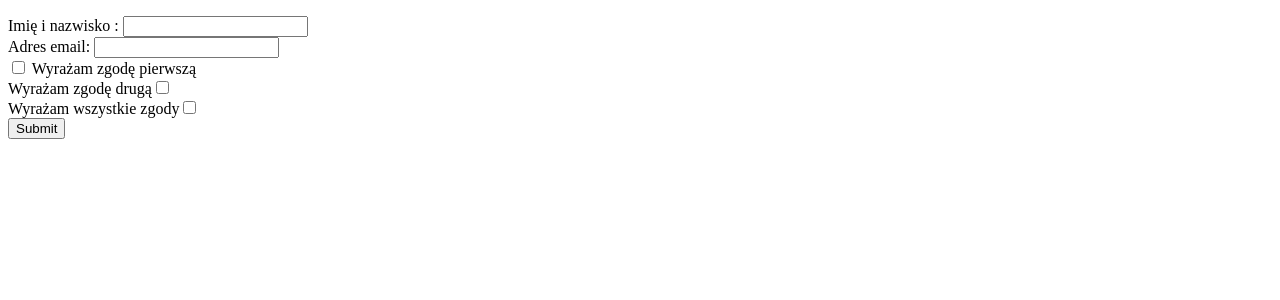
Repository: magdaf41/JavaScript
Page: JS DOM zadanie_5/index.html
These files come from the project's save history. The page is drawn as it stood at one moment and after the next save; the edit follows.
The browser window is 1280 px wide. The pictures show the whole page.

Above is the page before, as saved 2020-09-06 15:58:52.
Console error: TypeError: Cannot read properties of null (reading 'addEventListener')

After the next save:
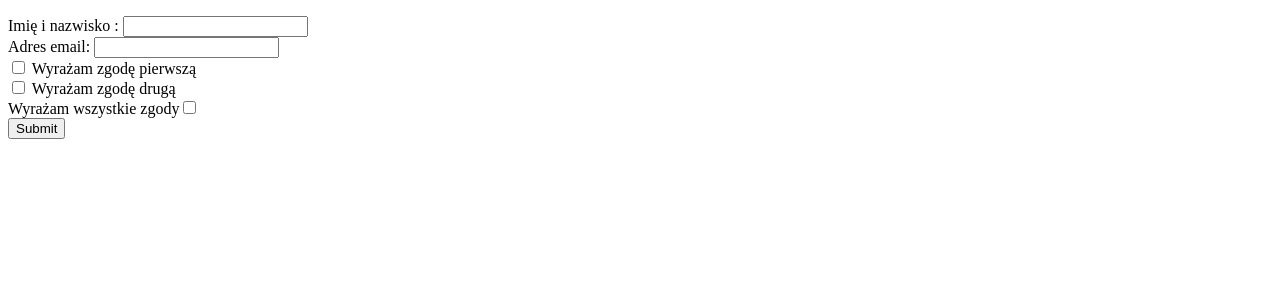
Saved 14 s later.
--- a/JS DOM zadanie_5/index.html
+++ b/JS DOM zadanie_5/index.html
@@ -18,7 +18,8 @@
 
         <input type="checkbox" name="accept_1" id="accept">
         <label for="accept_1">Wyrażam zgodę pierwszą</label><br>
-        <label>Wyrażam zgodę drugą<input type="checkbox" name="accept_2" id="accept"></label><br>
+        <input type="checkbox" name="accept_2" id="accept">
+        <label>Wyrażam zgodę drugą</label><br>
         <label>Wyrażam wszystkie zgody<input type="checkbox" name="allAccept" id="allAccept"></label><br>
         <input id="submit" type="submit" value="Submit">
     </form>
